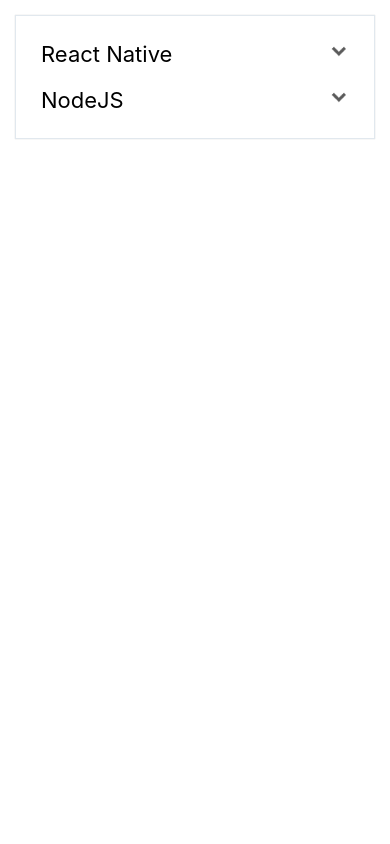
Repository: likanbl/intern-feature
Screen: /
These files come from the project's save history. The screen is drawn as it stood at one moment and after the next save; the edit follows.
The app was drawn by React Native's web renderer in a window 390 px wide. The project was rebuilt for these pictures with package versions that can differ from the ones it lists, and the page was loaded fresh each time. Also part of the build but not shown: src/components/home/CardSection.js.

Above is the screen before, as saved 2019-09-11 14:47:03.

### App.js
/**
 * Sample React Native App
 * https://github.com/facebook/react-native
 *
 * @format
 * @flow
 */

import React, {Component} from 'react';

import Home from './src/components/home/Home';

export default class App extends Component {
  render() {
    return <Home></Home>;
  }
}

### src/components/home/Home.js
import React, {Component} from 'react';
import {View, FlatList, Text, StyleSheet} from 'react-native';
import {Card} from 'react-native-elements';
import {HomeItem} from './HomeItem';

const data = [
  {title: 'React Native', description: 'JS Framework'},
  {title: 'NodeJS', description: 'JS Env '},
];
export default class Home extends Component {
  renderItem = ({item}) => <HomeItem item={item} />;

  render() {
    return (
      <Card>
        <View style={StyleSheet.container}>
          <FlatList
            data={data}
            renderItem={this.renderItem}
            keyExtractor={(index, _) => index + ''}
          />
        </View>
      </Card>
    );
  }
}

const styles = StyleSheet.create({
  container: {
    flex: 1,
    backgroundColor: 'white',
    paddingTop: 50,
  },
});

### src/components/home/HomeItem.js
import React, {Component} from 'react';
import {
  View,
  Text,
  Image,
  TouchableWithoutFeedback,
  StyleSheet,
} from 'react-native';
import PropTypes from 'prop-types';
import {images} from '../../assets/images';
import CardSection from './CardSection';

const propTypes = {
  item: PropTypes.object,
};

class HomeItem extends Component {
  state = {
    isSelected: false,
  };

  onPress = () => {
    this.setState((prevState, prevProps) => ({
      isSelected: !prevState.isSelected,
    }));
  };

  renderDetails = () => (
    <View style={styles.titleContainer}>
      <Text style={styles.description}>{this.props.item.description}</Text>
    </View>
  );

  render() {
    const {isSelected} = this.state;
    return (
      <View style={styles.container}>
        <TouchableWithoutFeedback onPress={this.onPress}>
          <View style={styles.titleContainer}>
            <Text style={styles.title}>{this.props.item.title}</Text>
            <Image
              source={isSelected ? images.close : images.expand}
              style={styles.image}
            />
          </View>
        </TouchableWithoutFeedback>
        {isSelected && this.renderDetails()}
      </View>
    );
  }
}
HomeItem.propTypes = propTypes;

const styles = StyleSheet.create({
  container: {
    flex: 1,
    flexDirection: 'column',
    margin: 10,
  },
  titleContainer: {
    flexDirection: 'row',
    justifyContent: 'flex-end',
  },
  title: {
    flex: 1,
    fontSize: 22,
  },
  description: {
    flex: 1,
    fontSize: 22,
    color: 'gray',
    paddingTop: 10,
  },
  image: {
    width: 20,
    height: 20,
  },
});

export {HomeItem};

### src/assets/images.js
export const images = {
  expand: require('../../resources/expand.png'),
  close: require('../../resources/close.png'),
};

After the next save:
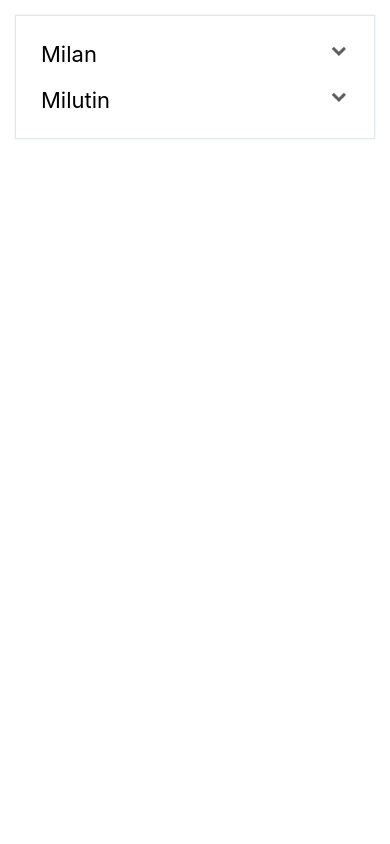
Saved 6 min 0 s later.
--- a/src/components/home/Home.js
+++ b/src/components/home/Home.js
@@ -4,8 +4,8 @@
 import {HomeItem} from './HomeItem';
 
 const data = [
-  {title: 'React Native', description: 'JS Framework'},
-  {title: 'NodeJS', description: 'JS Env '},
+  {title: 'Milan', description: 'Description'},
+  {title: 'Milutin', description: 'Description '},
 ];
 export default class Home extends Component {
   renderItem = ({item}) => <HomeItem item={item} />;
